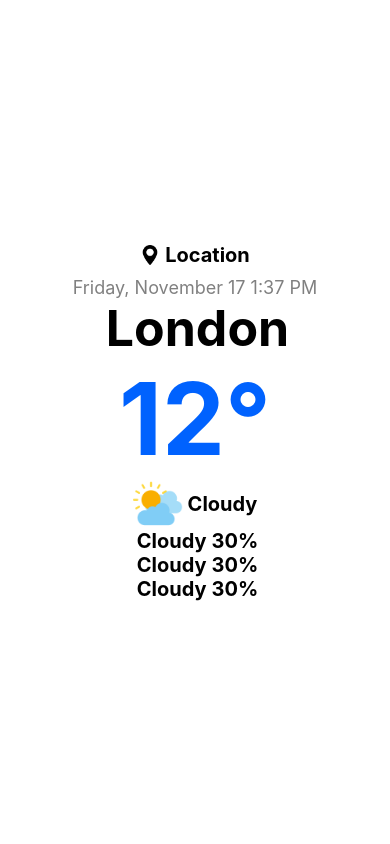
Repository: praveen080/react-native-weatherAppV1
Screen: /
An editor plug-in stored every save of this project. The screen is shown before and after the next save, followed by the edit.
The app was drawn by React Native's web renderer in a window 390 px wide. The project was rebuilt for these pictures with package versions that can differ from the ones it lists, and the page was loaded fresh each time. Also part of the build but not shown: Screens/startUp.js.

Above is the screen before, as saved 2023-11-17 13:48:11.

### App.js
import { StatusBar } from "expo-status-bar";
import { StyleSheet, Text, View } from "react-native";
import StartPage from "./Screens/startUp";
import Home from "./Screens/Home";

export default function App() {
  return (
    <View style={styles.container}>
      {/* <StartPage /> */}
      <Home />
    </View>
  );
}

const styles = StyleSheet.create({
  container: {
    flex: 1,
    backgroundColor: "#ff f",
    alignItems: "center",
    justifyContent: "center",
  },
});

### Screens/Home.js
import React from "react";
import { View, Text, Image, TouchableOpacity, StyleSheet } from "react-native";

const Home = () => {
  const currentDate = new Date();

  // Format the date and time
  const formattedDate = currentDate.toLocaleDateString("en-US", {
    weekday: "long",
    day: "numeric",
    month: "long",
  });

  const formattedTime = currentDate.toLocaleTimeString("en-US", {
    hour: "numeric",
    minute: "numeric",
    hour12: true,
  });
  return (
    <View style={styles.container}>
      {/* Location Text with Icon */}
      <TouchableOpacity style={styles.locationContainer}>
        <Image source={require("./assets/location.png")} style={styles.icon} />
        <Text style={styles.locationText}>Location</Text>
      </TouchableOpacity>

      {/* Current Time and Date */}
      <Text style={styles.dateTimeText}>
        {formattedDate} {formattedTime}
      </Text>
      <Text style={styles.location}>London</Text>

      {/* Numbers */}
      <View style={styles.numbersContainer}>
        <Text style={styles.number}>12°</Text>
      </View>

      <View style={styles.locationContainer}>
        <Image
          source={require("./assets/cloudy-day.png")}
          style={styles.iconS}
        />
        <Text style={styles.locationText}>Cloudy</Text>
      </View>

      <View style={styles.locationContainer}>
        <Text style={styles.locationText}>Cloudy</Text>
        <Text style={styles.locationText}>30%</Text>
      </View>
      <View style={styles.locationContainer}>
        <Text style={styles.locationText}>Cloudy</Text>
        <Text style={styles.locationText}>30%</Text>
      </View>
      <View style={styles.locationContainer}>
        <Text style={styles.locationText}>Cloudy</Text>
        <Text style={styles.locationText}>30%</Text>
      </View>
    </View>
  );
};

export default Home;

export const styles = StyleSheet.create({
  container: {
    flex: 1,
    alignItems: "center",
    justifyContent: "center",
  },
  locationContainer: {
    flexDirection: "row",
    alignItems: "center",
  },
  locationText: {
    fontSize: 20,
    marginLeft: 5,
    fontWeight: "bold",
  },
  location: {
    fontSize: 50,
    marginLeft: 5,
    fontWeight: "bold",
  },
  icon: {
    width: 20,
    height: 20,
  },
  iconS: {
    width: 50,
    height: 50,
  },
  dateTimeText: {
    fontSize: 18,
    marginTop: 10,
    color: "grey",
  },
  numbersContainer: {
    flexDirection: "row",
    alignItems: "center",
    // marginTop: 20,
  },
  number: {
    fontSize: 100,
    // marginRight: 10,
    fontWeight: "bold",
    color: "#0062FE",
  },
  logo: {
    width: 100,
    height: 100,
    marginTop: 20,
  },
  card: {
    width: 350,
    height: 100,
    borderRadius: 10,
    backgroundColor: "lightblue",
    marginTop: 20,
  },
});

// // Weather.js

// import React, { useState } from "react";
// import { View, Text, TextInput, Button, StyleSheet } from "react-native";
// import axios from "axios";

// const Home = () => {
//   const [city, setCity] = useState("");
//   const [weatherData, setWeatherData] = useState(null);
//   const [error, setError] = useState("");

//   const apiKey = "2891236865fb81dd11cf0be56216e1cb";

//   const fetchWeatherData = async () => {
//     try {
//       const response = await axios.get(
//         `https://api.openweathermap.org/data/2.5/weather?q=${city}&appid=${apiKey}&units=metric`
//       );
//       setWeatherData(response.data);
//       setError("");
//     } catch (error) {
//       setWeatherData(null);
//       setError("City not found. Please try again.");
//     }
//   };

//   return (
//     <View style={styles.container}>
//       <Text style={styles.title}>Weather App</Text>
//       <TextInput
//         style={styles.input}
//         placeholder="Enter city"
//         value={city}
//         onChangeText={(text) => setCity(text)}
//       />
//       <Button title="Get Weather" onPress={fetchWeatherData} />
//       {weatherData && (
//         <View>
//           <Text>{`City: ${weatherData.name}`}</Text>
//           <Text>{`Temperature: ${weatherData.main.temp}°C`}</Text>
//           {/* Add more weather details as needed */}
//         </View>
//       )}
//       {error !== "" && <Text style={styles.error}>{error}</Text>}
//     </View>
//   );
// };

// const styles = StyleSheet.create({
//   container: {
//     flex: 1,
//     justifyContent: "center",
//     alignItems: "center",
//   },
//   title: {
//     fontSize: 20,
//     fontWeight: "bold",
//     marginBottom: 10,
//   },
//   input: {
//     height: 40,
//     borderColor: "gray",
//     borderWidth: 1,
//     marginBottom: 10,
//     padding: 10,
//     width: 200,
//   },
//   error: {
//     color: "red",
//     marginTop: 10,
//   },
// });

// export default Home;

After the next save:
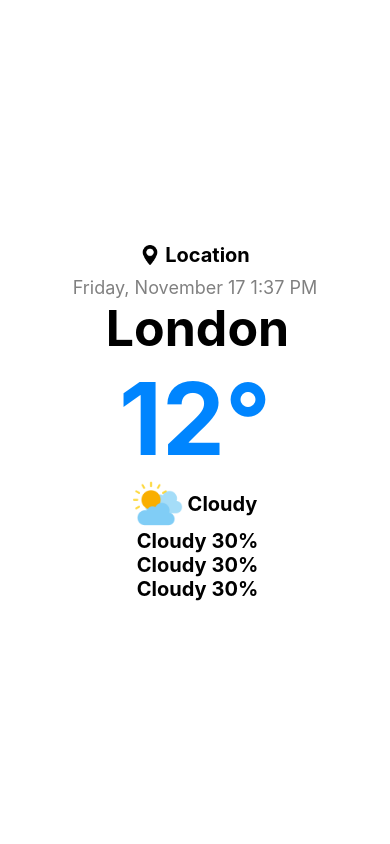
Saved 6 s later.
--- a/Screens/Home.js
+++ b/Screens/Home.js
@@ -103,7 +103,7 @@ export const styles = StyleSheet.create({
     fontSize: 100,
     // marginRight: 10,
     fontWeight: "bold",
-    color: "#0062FE",
+    color: "#0085FE",
   },
   logo: {
     width: 100,
